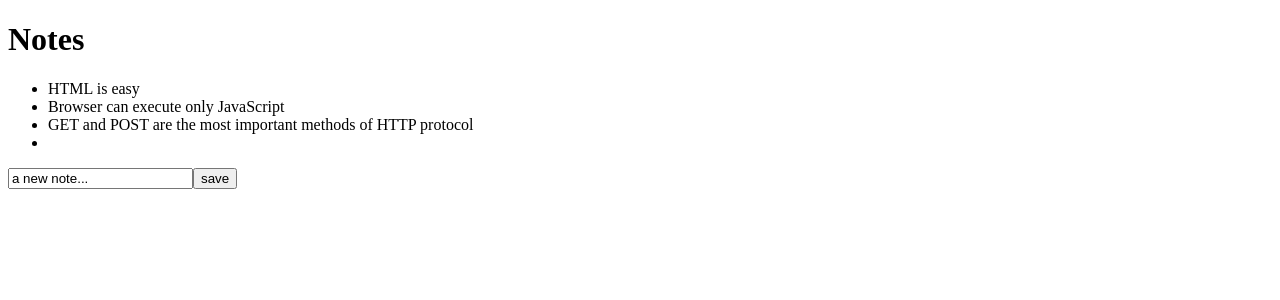
Repository: 4di61/FullStackOpen
Page: / (app in test_app/)
An editor plug-in stored every save of this project. The page is shown before and after the next save, followed by the edit.
The browser window is 1280 px wide. The pictures show the whole page.
The project was rebuilt for these pictures with package versions that can differ from the ones it lists, and the page was loaded fresh each time. Also part of the build but not shown: test_app/vite.config.js.

Above is the page before, as saved 2024-09-06 10:48:04.

### test_app/index.html
<!doctype html>
<html lang="en">
  <head>
    <meta charset="UTF-8" />
    <link rel="icon" type="image/svg+xml" href="/vite.svg" />
    <meta name="viewport" content="width=device-width, initial-scale=1.0" />
    <title>Vite + React</title>
  </head>
  <body>
    <div id="root"></div>
    <script type="module" src="/src/main.jsx"></script>
  </body>
</html>

### test_app/src/App.jsx
import { useState } from "react";
import Note from "./components/Note";

const App = (props) => {
  const [notes, setNotes] = useState(props.notes);
  const [newNote, setNewNote] = useState("a new note...");

  const addNote = (event) => {
    event.preventDefault();
    const noteObject = {
      content: newNote,
      important: Math.random() < 0.5,
      id: String(notes.length + 1),
    };

    setNotes(notes.concat(noteObject));
    setNewNote("");
  };
  const handleNoteChange = (event) => {
    setNewNote(event.target.value);
  };

  return (
    <div>
      <h1>Notes</h1>
      <ul>
        {notes.map((note) => (
          <Note key={note.id} note={note} />
        ))}
        <li>
          {}
        </li>
      </ul>
      <form onSubmit={addNote}>
        <input value={newNote} onChange={handleNoteChange} />
        <button type="submit">save</button>
      </form>
    </div>
  );
};

export default App;

### test_app/src/components/Note.jsx
const Note = ({note}) => (
    <li>{note.content}</li>
)

export default Note

Loaded but not shown: test_app/src/main.jsx (common file)

After the next save:
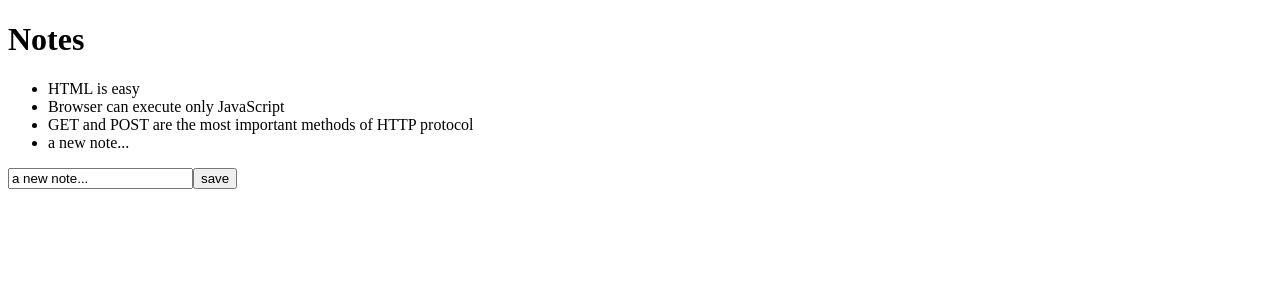
Saved 4 s later.
--- a/test_app/src/App.jsx
+++ b/test_app/src/App.jsx
@@ -28,7 +28,7 @@ const App = (props) => {
           <Note key={note.id} note={note} />
         ))}
         <li>
-          {}
+          {newNote}
         </li>
       </ul>
       <form onSubmit={addNote}>
